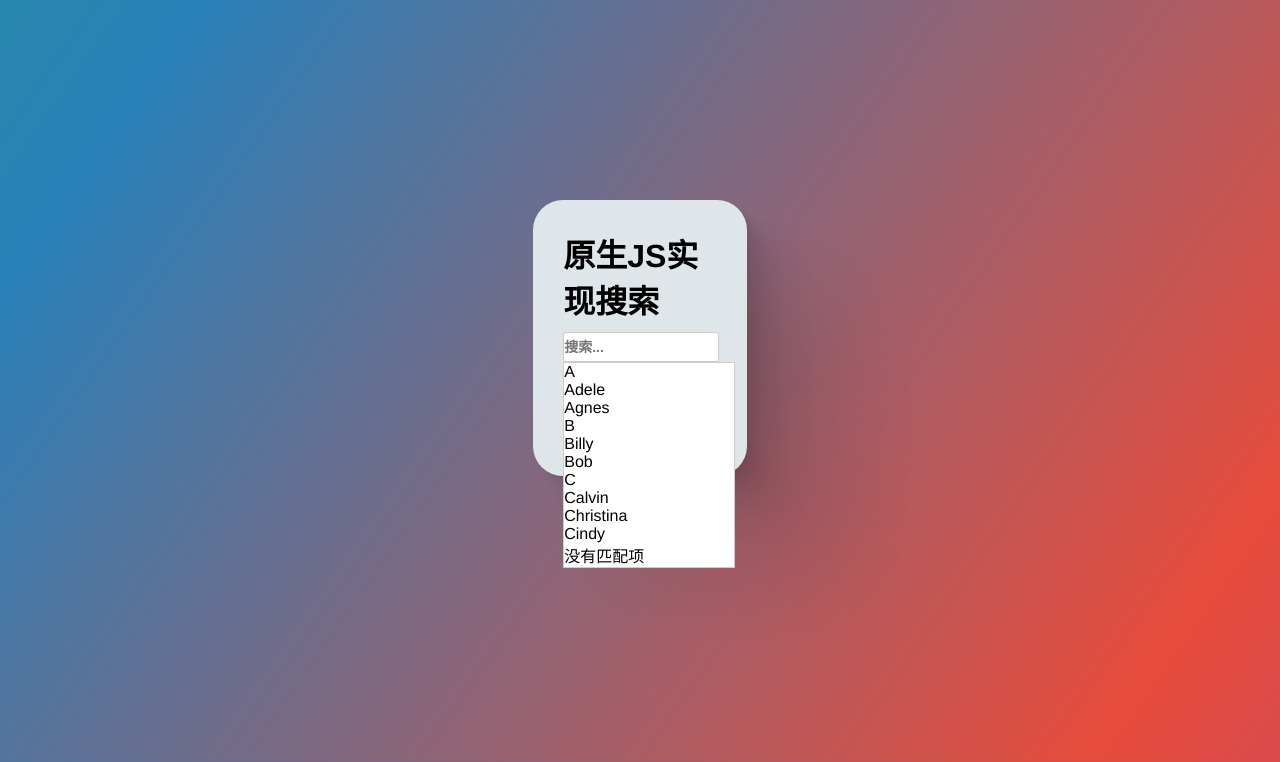
Repository: bigzheng11/selectWork
Page: 原生JS实现/原生JS实现.html
The author's editor kept a copy of each file at every save. The page is drawn from the files as they stood at one save, then again after a run of saves.
The browser window is 1280 px wide. The pictures show the whole page.

Above is the page before, as saved 2022-10-25 10:37:06.

After the next 7 saves:
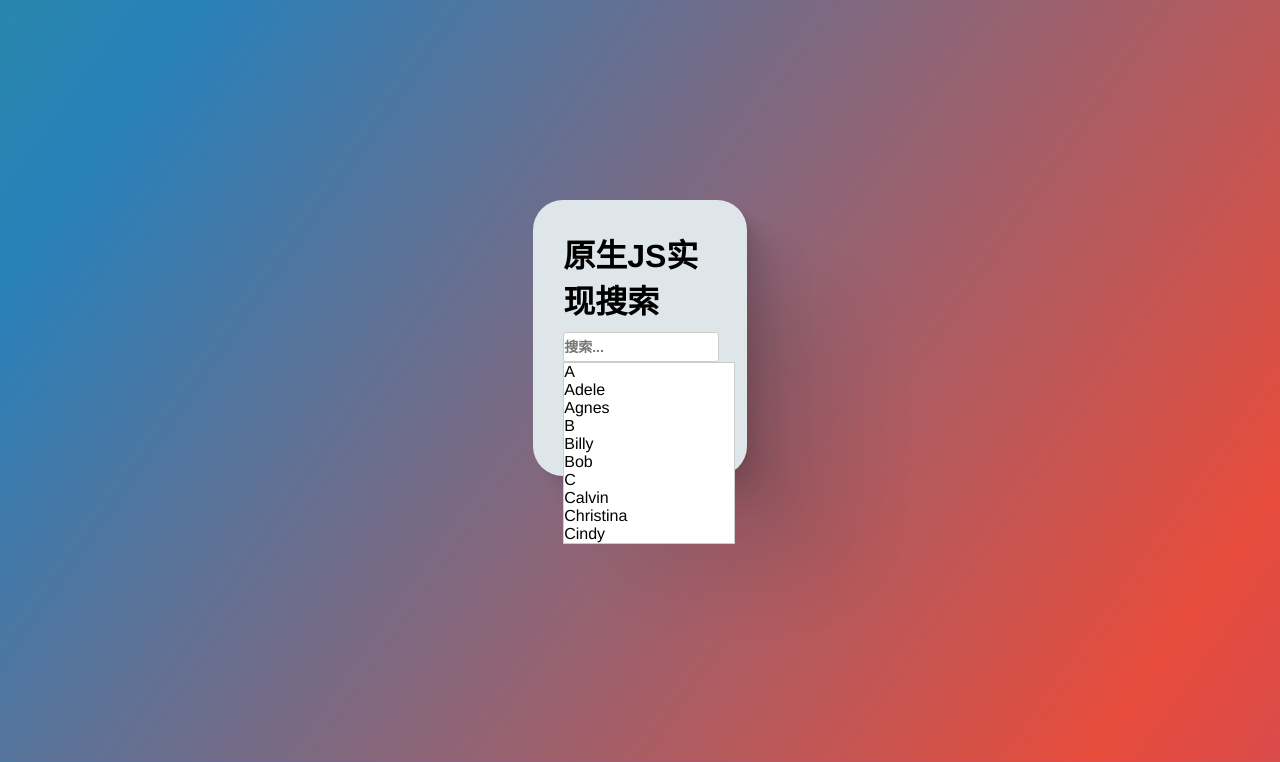
The 7 saves are shown as one change because they came seconds apart.
The last was saved 31 s later.
--- a/原生JS实现/原生JS实现.html
+++ b/原生JS实现/原生JS实现.html
@@ -108,7 +108,9 @@
                     <li><p>Calvin</p></li>
                     <li><p>Christina</p></li>
                     <li><p>Cindy</p></li>
-                    <li id="nothing"><p>没有匹配项</p></li>
+                    <li id="nothing" style="display: none">
+                        <p>没有匹配项</p>
+                    </li>
                 </ul>
             </div>
         </div>
